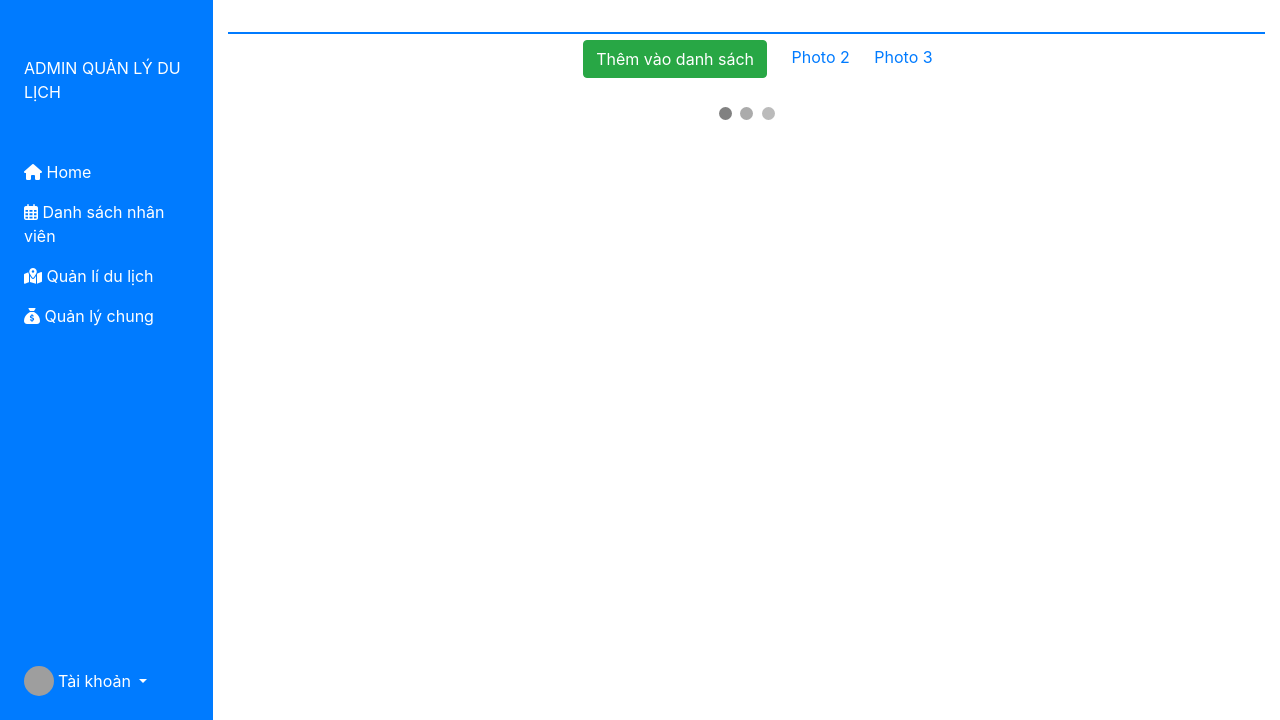
Repository: vantohuu/BOOKINGTOUR
Page: http://localhost/BOOKINGTOUR/WEB-INF/views/home/homeshow.jsp
The author's editor kept a copy of each file at every save. The page is drawn from the files as they stood at one save, then again after the next save.
The browser window is 1280 px wide. The pictures show the whole page.
Pictures or frames that could not be fetched are drawn as grey boxes. Some web libraries are served in a nearby version. The page is served by Tomcat 9. Nobody is signed in. The template is opened directly, without the code that normally fills it, so the values that code supplies are empty.

Above is the page before, as saved 2023-06-04 08:17:18.

After the next save:
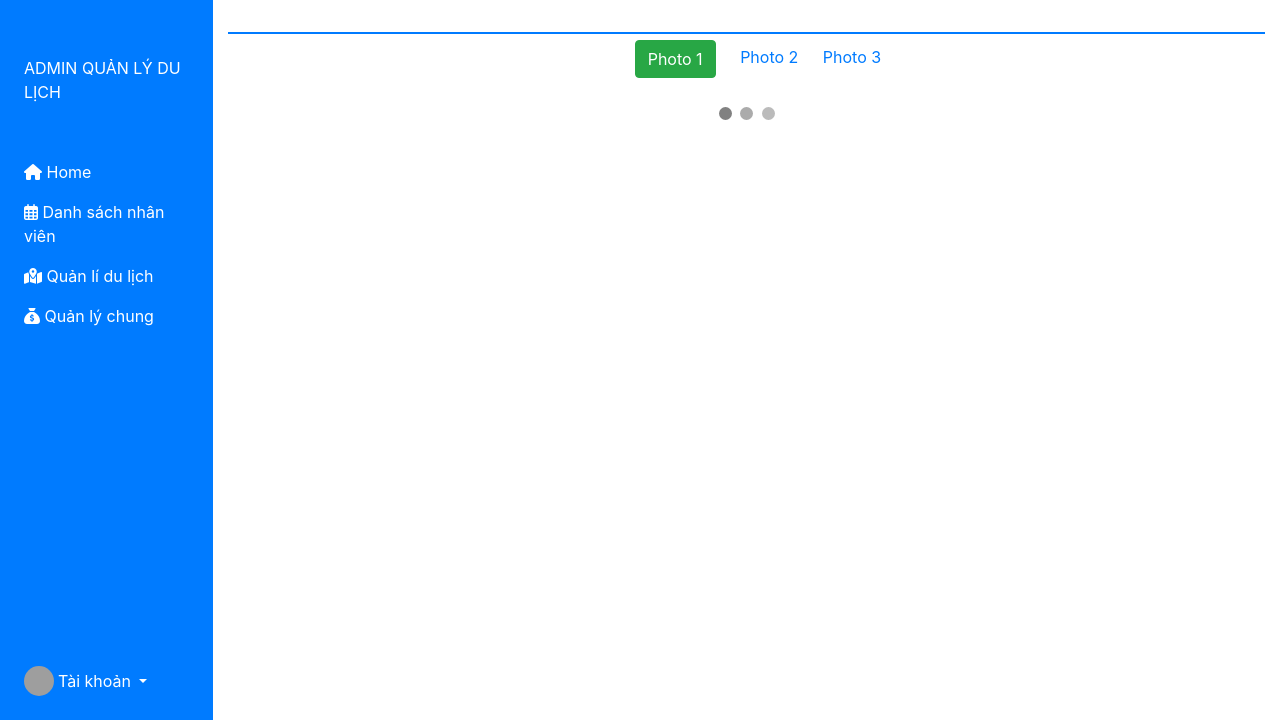
Saved 18 s later.
--- a/BOOKINGTOUR/src/main/webapp/WEB-INF/views/home/homeshow.jsp
+++ b/BOOKINGTOUR/src/main/webapp/WEB-INF/views/home/homeshow.jsp
@@ -136,7 +136,7 @@
 										data-bs-toggle="collapse"
 										class="nav-link text-white px-0 align-middle "> <i
 											class="fa-solid fa-map-location-dot"></i>
-											<button class="btn btn-success">Thêm vào danh sách</button>
+											<button class="btn btn-success">Photo 1</button>
 									</a></p>
 
 										<ul class="collapse nav flex-column ms-1" id="submenu${phong.id}" data-bs-parent="#menu">
